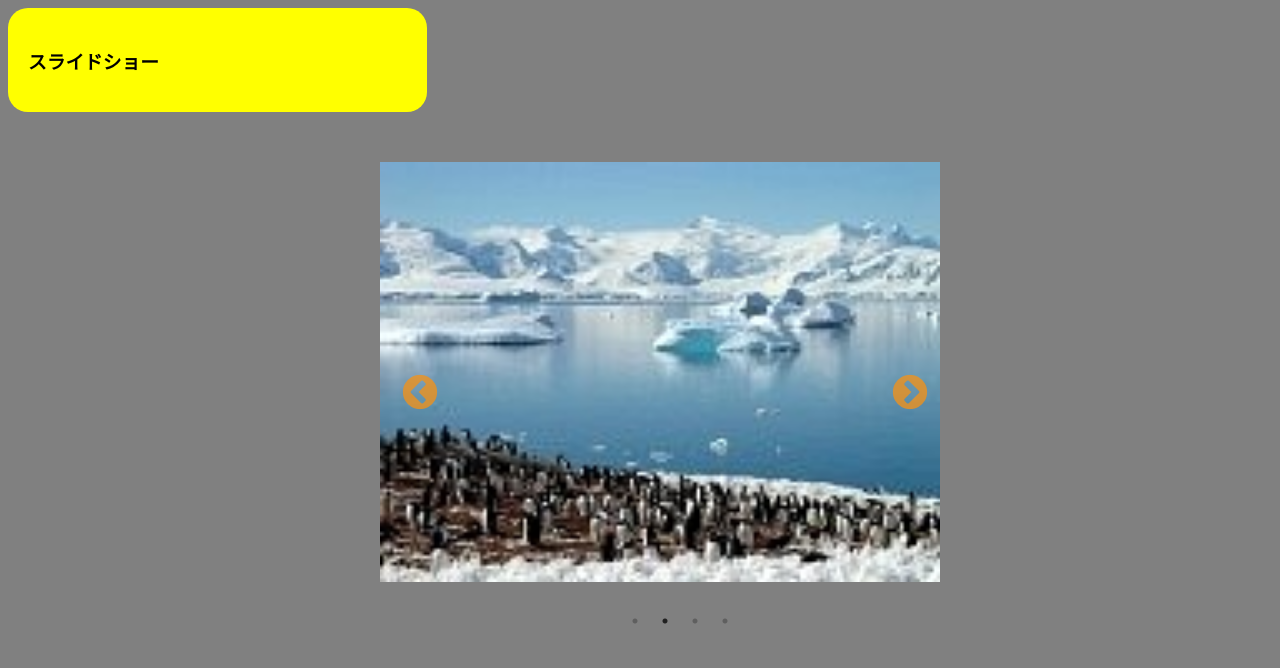
Repository: uemura-15/slideShow
Page: contents/index.html
The author's editor kept a record of every edit. The page is drawn from the files as they stood at one moment, then again after the next edit.
The browser window is 1280 px wide. The pictures show the whole page.

Above is the page before.

### contents/index.html
<!DOCTYPE html>
<html lang="en">
    <head>
        <meta charset="UTF-8">
        <link rel="stylesheet" type="text/css" href="css/style.css">
        <link rel="stylesheet" type="text/css" href="css/slick.css">
        <link rel="stylesheet" type="text/css" href="css/slick-theme.css">
        <title>スライドショー</title>
    </head>

    <body>
        <div class="font">
        <h3>スライドショー</h3>
        </div>
        <ul class="slider">
         <li><img src="img/brd0026-024.jpg" alt="画像1"/></li>
         <li><img src="img/kkaplin080700002.jpg" alt="画像2"/></li>
         <li><img src="img/yam0042-013.jpg" alt="画像3"/></li>
       　<li><img src="img/yuu0019-002.jpg" alt="画像４"></li>
       </ul>
       <script src="https://ajax.googleapis.com/ajax/libs/jquery/3.5.1/jquery.min.js"></script>
       <script src="js/slick.min.js"></script>
       <script>
           $(document).ready(function(){
            $('.slider').slick({
                dots: true,
                autoplay: true,
                autoplaySpeed: 4000,
                speed: 500,
                fade: true,
                pauseOnHover: false,

            });
});


       </script>
    </body>
</html>

### contents/css/style.css
.slider{
    width: 600px;
    margin: 50px auto;
}

img {
  width: 100%;
}

.font {
    width: 30%;
    padding: 20px;
    background-color: yellow;
    border-radius: 20px;
    background-position: center
}

ul,li {
    list-style: none;
}

body {
    background-color: gray;
}

Loaded but not shown: contents/css/slick.css (common file); contents/css/slick-theme.css (library); contents/js/slick.min.js (library)

After the next edit:
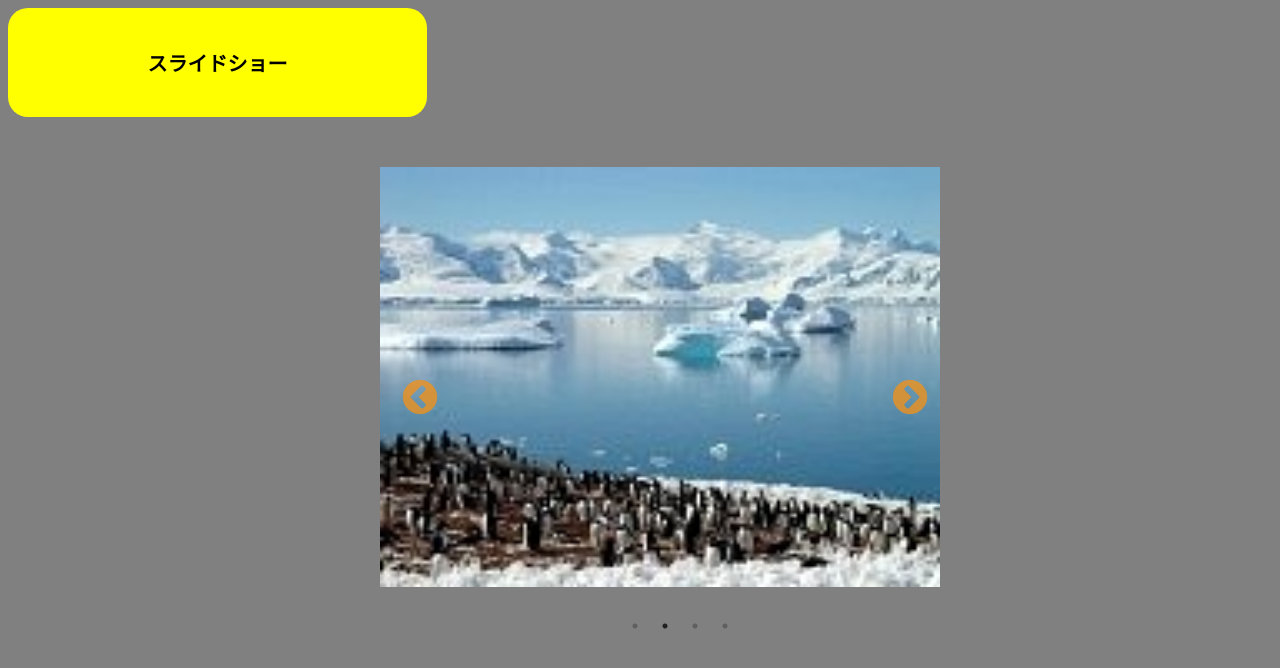
The edit:
--- a/contents/css/style.css
+++ b/contents/css/style.css
@@ -15,6 +15,11 @@
     background-position: center
 }
 
+h3 {
+    text-align: center;
+    font-size: 20px;
+}
+
 ul,li {
     list-style: none;
 }
